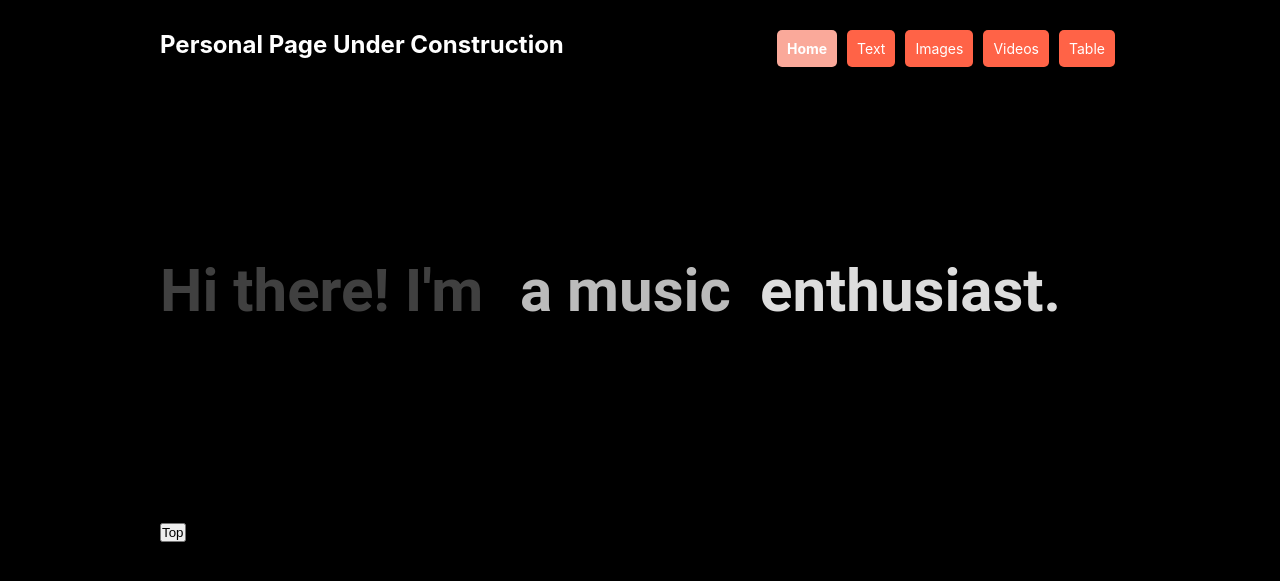
Repository: luhan68/personal_website
Page: index.html
These files come from the project's save history. The page is drawn as it stood at one moment and after the next save; the edit follows.
The browser window is 1280 px wide. The pictures show the whole page.

Above is the page before, as saved 2021-01-30 22:36:57.
Console error: TypeError: Cannot read properties of null (reading 'addEventListener')

After the next save:
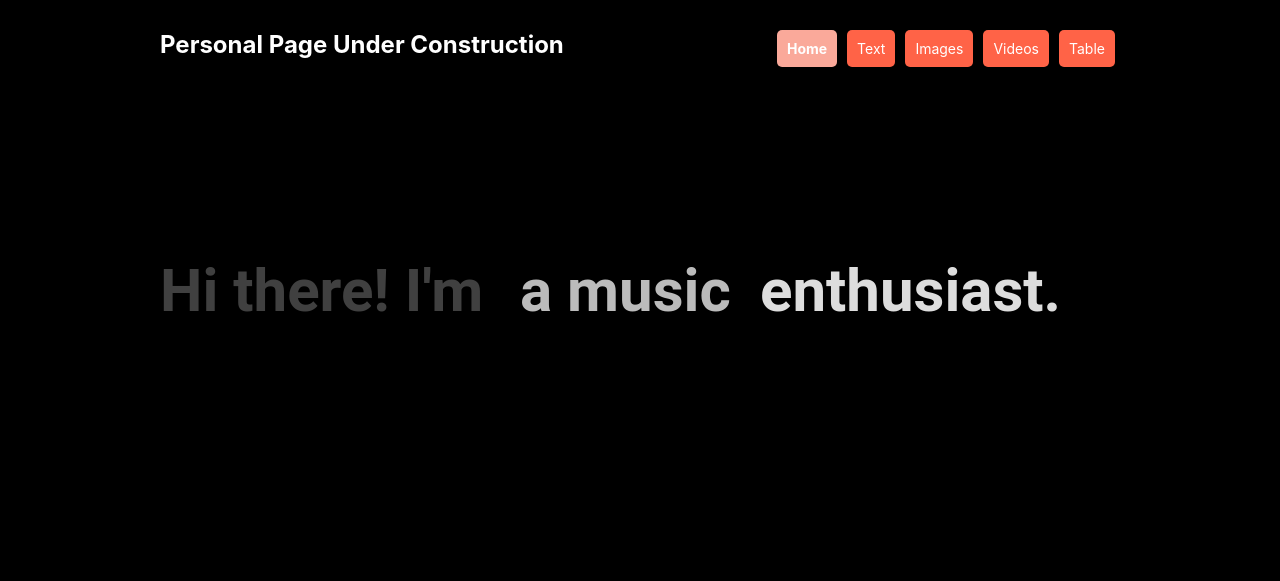
Saved 4 s later.
--- a/index.html
+++ b/index.html
@@ -41,6 +41,6 @@
         </div>
     </div>
 
-    <button onclick="topFunction()" id="myBtn" title="Go to top">Top</button>
+    <button class="scrollToTopBtn">☝️</button>
 
 </div>
